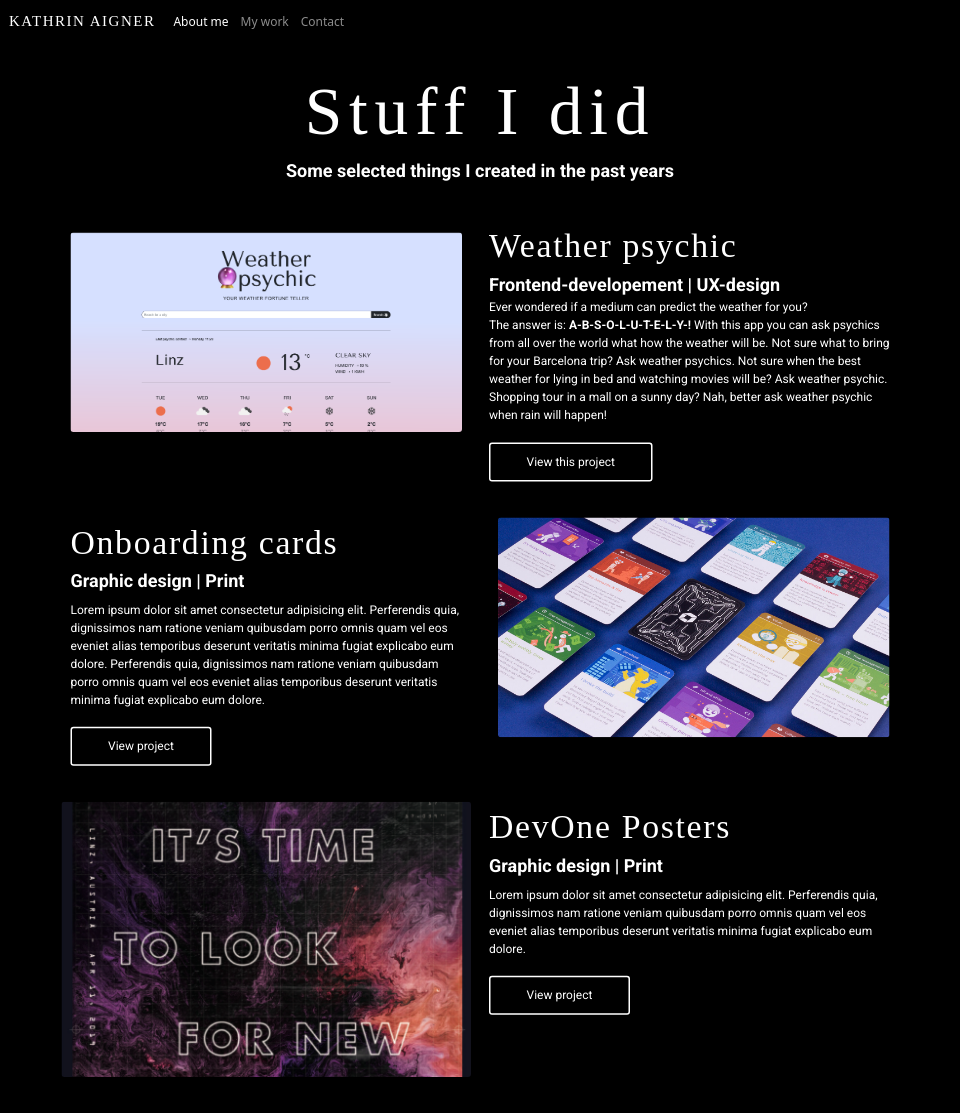
Repository: kathrin-aigner/Portfolio-2022
Page: work.html
These files come from the project's save history. The page is drawn as it stood at one moment and after the next save; the edit follows.
The browser window is 1280 px wide. The pictures show the whole page, at 75% of full size.
Some web fonts or font styles are not loaded; a fallback is used. Some web libraries are served in a nearby version.

Above is the page before, as saved 2022-03-28 15:04:31.

After the next save:
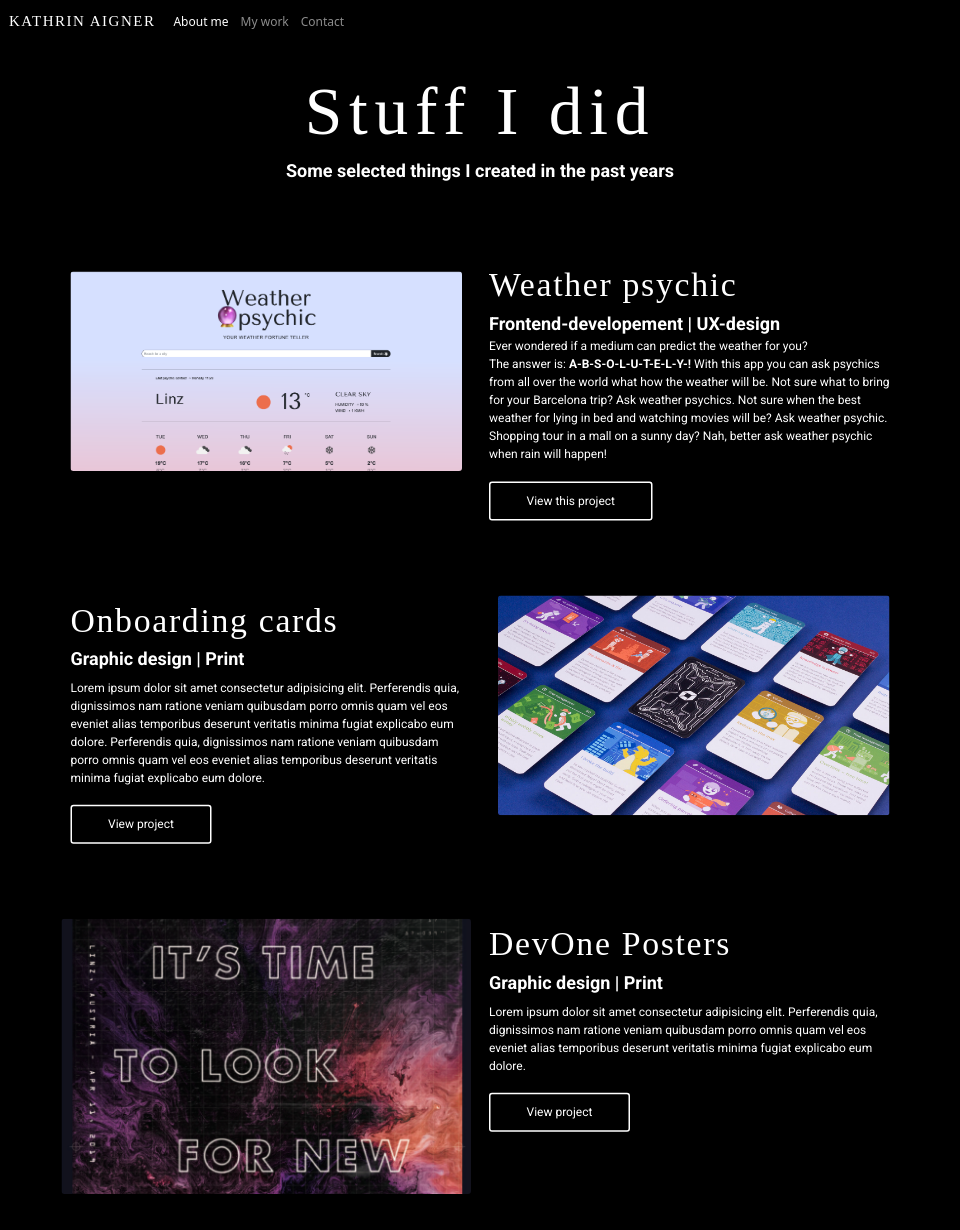
Saved 23 s later.
--- a/css/styles.css
+++ b/css/styles.css
@@ -84,3 +84,7 @@
   text-decoration: underline;
   color: var(--primary-color);
 }
+
+.row {
+  margin-top: 100px;
+}
